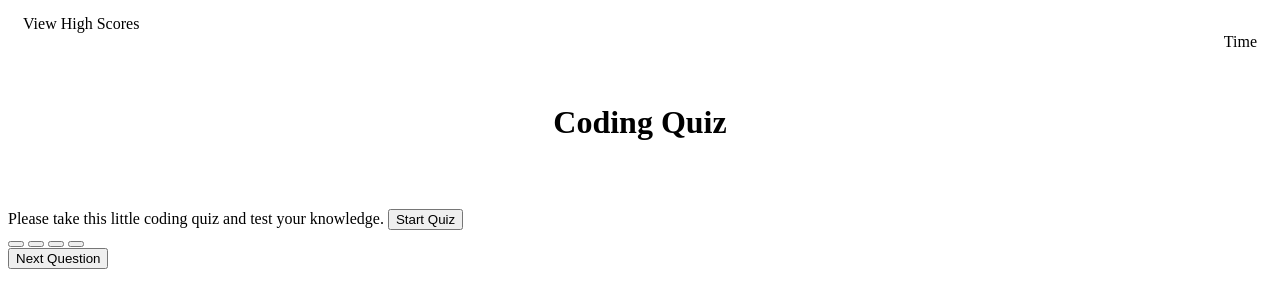
Repository: Naomilounsbury/code-quiz
Page: index.html
An editor plug-in stored every save of this project. The page is shown before and after the next save, followed by the edit.
The browser window is 1280 px wide. The pictures show the whole page.

Above is the page before, as saved 2021-11-27 13:40:35.

### index.html
<!DOCTYPE html>
<html lang="en">
<head>
    <meta charset="UTF-8">
    <meta http-equiv="X-UA-Compatible" content="IE=edge">
    <meta name="viewport" content="width=device-width, initial-scale=1.0">
    <title>Code Quiz</title>
    <link rel="stylesheet" href="./assets/css/styles.css">
</head>
<body>
    <!-- basic words on the page, how do i get stuff inline? -->
 <header>
    <div class="high-scores">
     View High Scores
 </div>
 <!-- oh god I have to actually figure out how to do a timer -->
 <div class="time">
     Time
 </div>
 <h1 class="title">Coding Quiz</h1>
</header>
<!-- I then created a div element to introduce, maybe I'll add more to it later -->
 <div>

     Please take this little coding quiz and test your knowledge.
     <!-- I connected the button to the javascrpt woohoo -->
     <button onclick="onStartQuiz()">
         Start Quiz
     </button>
 </div>
 <!-- here is the quiz -->
 <form id="questions-form">
 <div id="question" class="question" >
    <!-- do i even need classes here? I know I will have to get buttons by id to be able to talk to them -->
     <button class="a" id="a" >
     </button>
     <button class="b" id="b">
     </button>
     <button class="c" id="c">
     </button>
     <button class="d" id="d">
     </button>


 </div>
 <button onclick="nextQuestion()">
        Next Question
</button>
</form>
<script src="./assets/js/script.js"></script>
</body>
</html>

### assets/css/styles.css
header {
    margin: 10px;
    padding: 5px;
    text-decoration-color: black;

}
.high-scores{
    text-align: left;
}
.time{
    text-align: right;
}
h1{
    line-height: 100px;
    text-align: center;
}

### assets/js/script.js

//I want to create an onclick function eventually
//so I'm creating my function
var onStartQuiz = function(){
    //when the quiz starts it grabs the first object in the array
    var currentQuestion = questions[0];
    //its going into the html and taking the div clas question and setting the value equal to the current question
    document.getElementById("question").innerText = currentQuestion.question

    //I dont know why these arent working and I'm crying
    // document.getElementById("button a").innerHTML = currentQuestion.a
    // document.getElementById("button b").innerHTML = currentQuestion.b
    // document.getElementById("button c").innerHTML = currentQuestion.c
    // document.getElementById("button d").innerHTML = currentQuestion.d
//create a separate onclick that changes the current question to something else
//create a next question button that will go on to the next question and save your answer
   console.log("hello")
}
//making an array of questions
var questions = [
    {
        //right now the key question is a string
        question: "To create an array, what kid of brackets are used?",
        answer: "a",
        a: "square brackets",
        b: "angle brackets",
        c: "curly brackets",
        d: "parentheses",
        //an array holds a list of items and since each question is an object we need a fucking comma
    },
    {
        question: "how do you create a branch with github?",
        answer: "b",
        a: "git push",
        b: "git branch",
        c: "git checkout",
        d: "git commit",
    },
    {
        question: "To create an array, what kid of brackets are used?",
        answer: "a",
        a: "square brackets",
        b: "angle brackets",
        c: "curly brackets",
        d: "parentheses",

    }
]

After the next save:
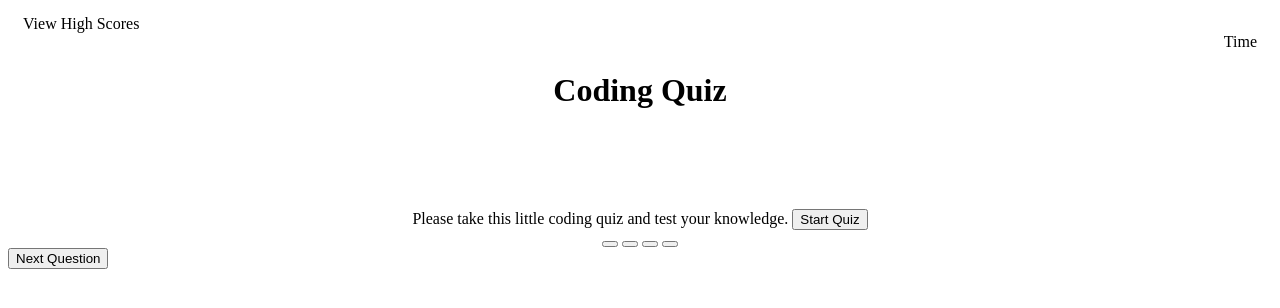
Saved 2 min 48 s later.
--- a/assets/css/styles.css
+++ b/assets/css/styles.css
@@ -11,6 +11,10 @@ header {
     text-align: right;
 }
 h1{
-    line-height: 100px;
+    height: 100px;
+    text-align: center;
+
+}
+div{
     text-align: center;
 }
